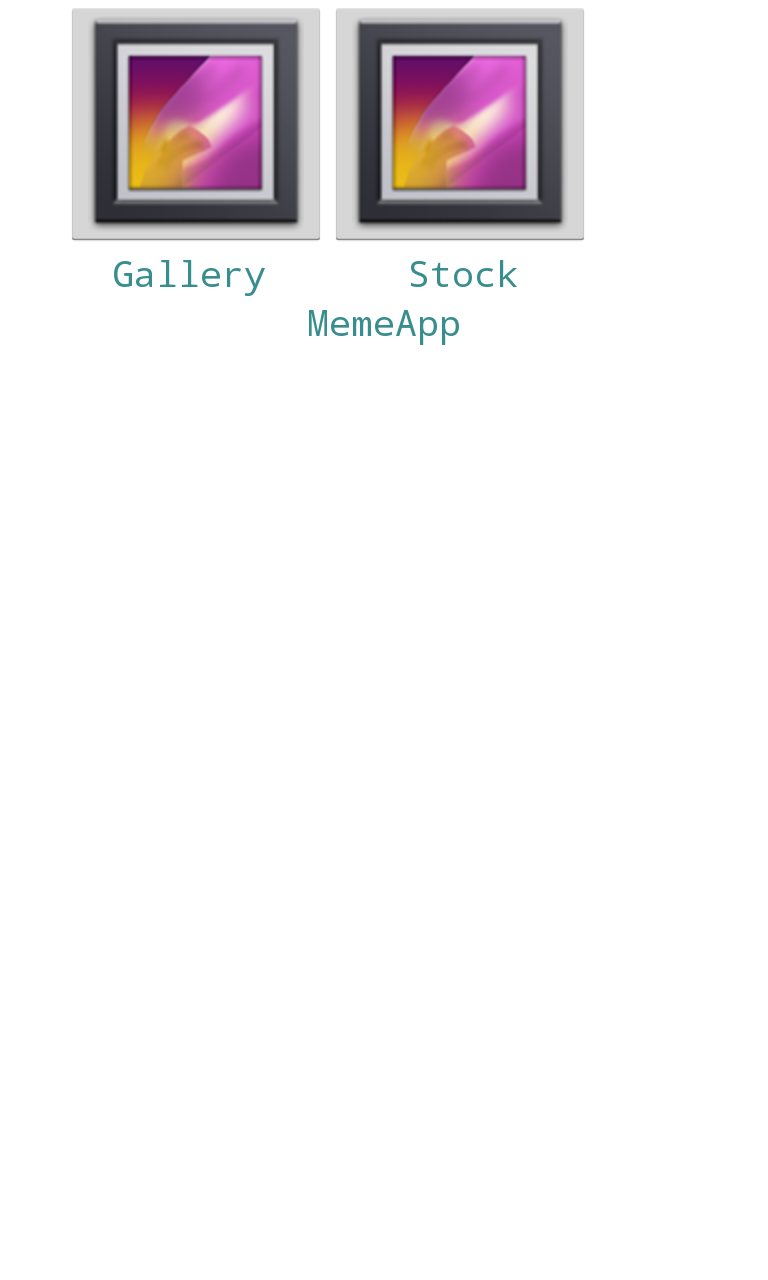
Repository: njb26/3093_Software_Engineering_2013
Layout: app/workspace/MemeApp/res/layout/activity_selection.xml
The author's editor kept a copy of each file at every save. The layout is drawn from the files as they stood at one save, then again after the next save.
It is drawn on a 768 x 1280 px phone screen (xhdpi) without system bars, with theme AppTheme; the app's code is not run.

Above is the layout before, as saved 2013-05-23 21:34:37.

After the next save:
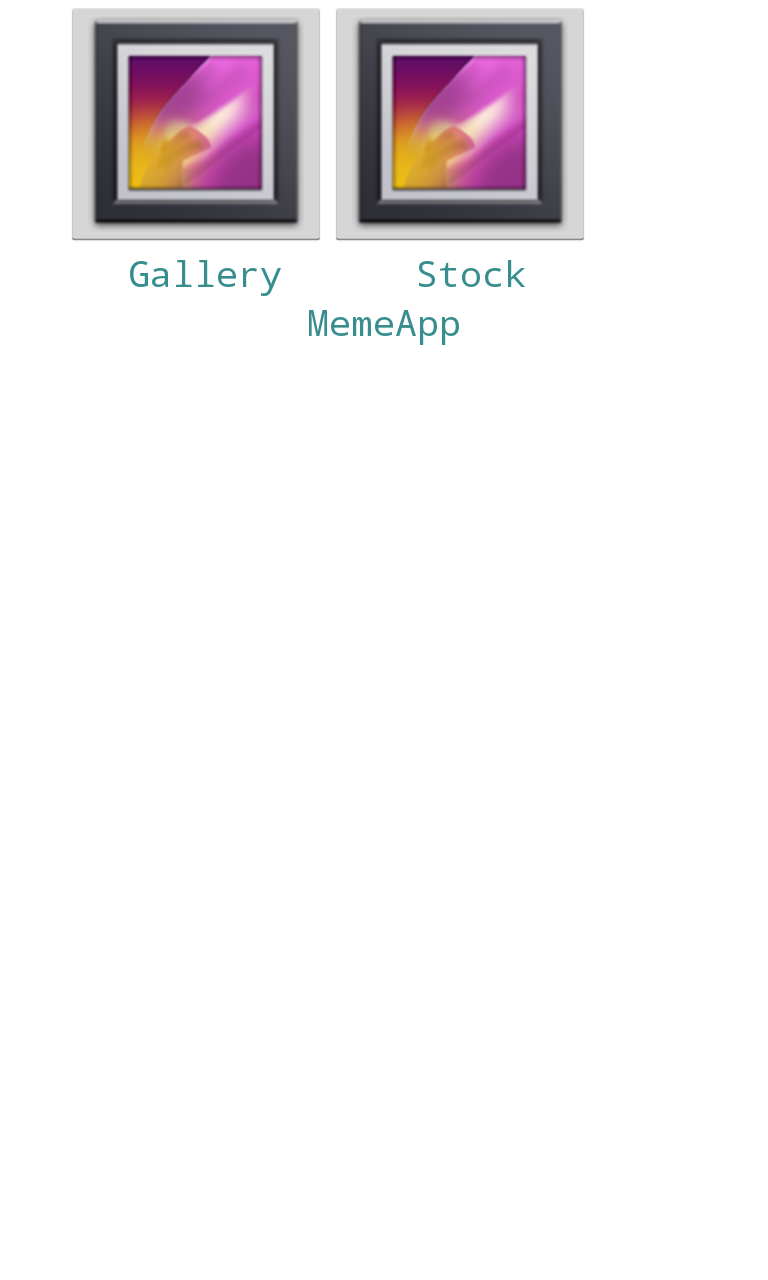
Saved 25 s later.
--- a/app/workspace/MemeApp/res/layout/activity_selection.xml
+++ b/app/workspace/MemeApp/res/layout/activity_selection.xml
@@ -30,7 +30,7 @@
      <LinearLayout
    	    android:layout_width="match_parent"
     	android:layout_height="wrap_content"
-    	android:paddingLeft="40dp"
+    	android:paddingLeft="48dp"
     	android:paddingRight="16dp"
     	android:orientation="horizontal">
     	<TextView
